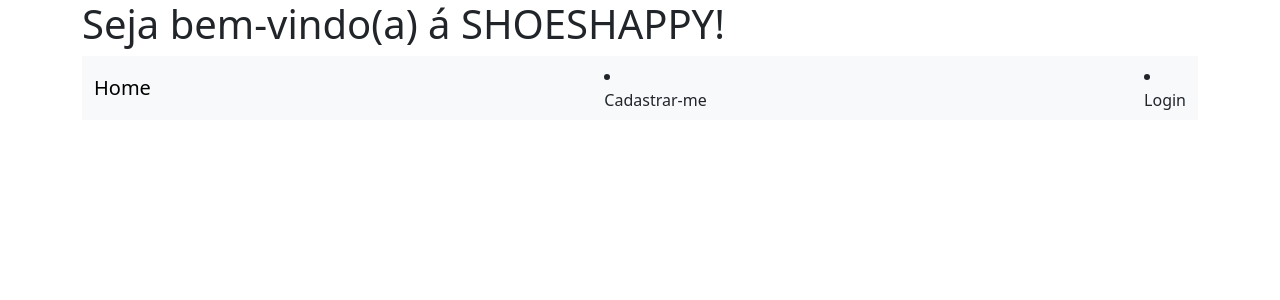
Repository: DianeMascarello/Uc09Senai
Page: http://localhost/SA3Uc09/
These files come from the project's save history. The page is drawn as it stood at one moment and after the next save; the edit follows.
The browser window is 1280 px wide. The pictures show the whole page.
The page is served by Tomcat 10.

Above is the page before, as saved 2023-08-14 02:05:59.

After the next save:
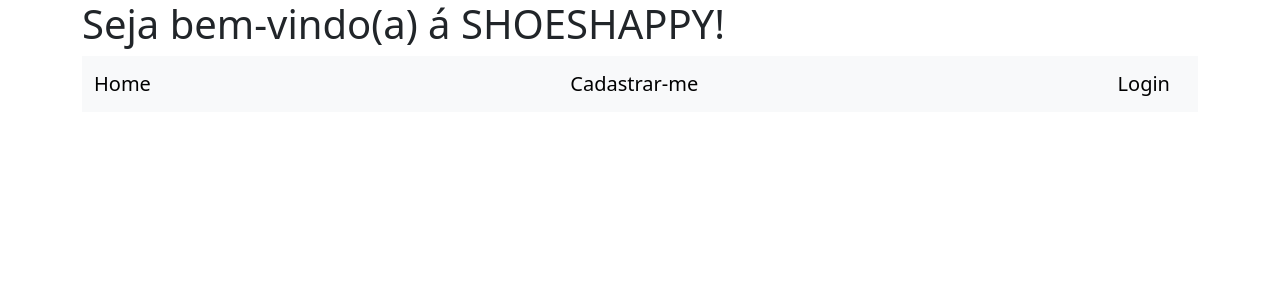
Saved 58 s later.
--- a/SA3Uc09/src/main/webapp/index.jsp
+++ b/SA3Uc09/src/main/webapp/index.jsp
@@ -41,10 +41,8 @@
 		<nav class="navbar navbar-expand-lg bg-body-tertiary">
 			<div class="container-fluid">
 				<a class="navbar-brand" href="index.jsp">Home</a>
-				<li class="nav-item"><a class="nav-link" href="#">Cadastrar-me</a>
-				</li>
-				<li class="nav-item"><a class="nav-link" href="login.jsp">Login</a>
-				</li>
+				<a class="navbar-brand" href="Cadastro.jsp">Cadastrar-me</a>
+				<a class="navbar-brand" href="login.jsp">Login</a>
 				<button class="navbar-toggler" type="button"
 					data-bs-toggle="collapse" data-bs-target="#navbarSupportedContent"
 					aria-controls="navbarSupportedContent" aria-expanded="false"
